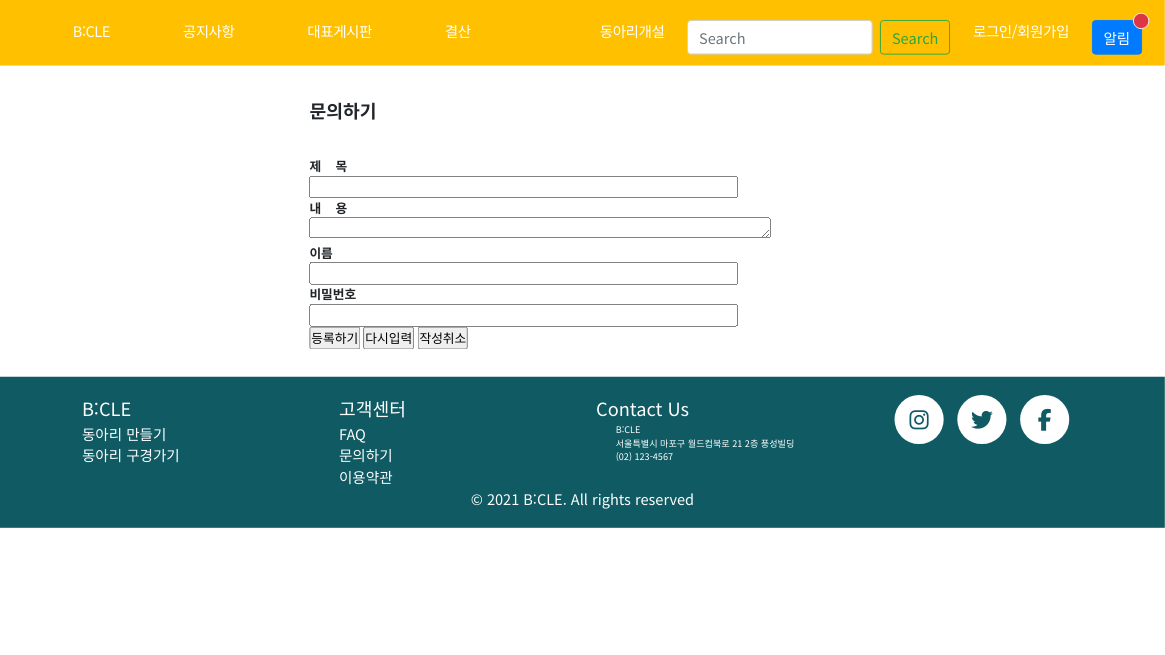
Repository: hyodii/FinalProject
Page: http://localhost/ViewPage/nonmemberQnaCreated.jsp
An editor plug-in stored every save of this project. The page is shown before and after the next save, followed by the edit.
The browser window is 1280 px wide. The pictures show the whole page, at 91% of full size.
Some web fonts or font styles are not loaded; a fallback is used. Some web libraries are served in a nearby version. The page is served by Tomcat 9.

Above is the page before, as saved 2021-12-14 11:25:07.
Console error (its wording comes from the project's code and is left out).

### ViewPage/WebContent/nonmemberQnaCreated.jsp
<%@ page contentType="text/html; charset=UTF-8"%>
<%@ taglib prefix="c" uri="http://java.sun.com/jsp/jstl/core"%>
<%
   request.setCharacterEncoding("UTF-8");
   String cp = request.getContextPath();
%>
<!DOCTYPE html>
<html>
<head>
<meta charset="UTF-8">
<title>nonmemberQnaCreated.jsp</title>

<!-- 모달을 위한 링크 -->
<link rel="stylesheet" href="css/font-awesome.min.css">
<!-- Bootstrap CSS -->
<link
   href="https://cdn.jsdelivr.net/npm/bootstrap@5.1.3/dist/css/bootstrap.min.css"
   rel="stylesheet"
   integrity="sha384-1BmE4kWBq78iYhFldvKuhfTAU6auU8tT94WrHftjDbrCEXSU1oBoqyl2QvZ6jIW3"
   crossorigin="anonymous">


<style type="text/css">
/*reset*/
* {margin: 0;padding: 0;}
body {margin: 0;}
h1, h2, h3, h4, h5, h6, p, ul, ol, li, dl, dt, dd {margin: 0; padding: 0;}
h1, h2, h3, h4, h5, h6 {font-weight: 700; }
a {color: inherit; text-decoration: inherit;}
img {vertical-align: middle;}
a img {border: none;}
li {list-style: none;}
address, em, i, ul {font-style: normal;}

/*layout*/
.mo {display: none;}
.en {font-family: 'Exo 2', sans-serif;}
body {font-family: 'Noto Sans KR', sans-serif; font-size: 14px;}
.wrap {margin: 0 auto; }


/* 아티클 CSS */
#bbs
{
	width:600px;
	margin:30px auto;
	text-align:left;
}

#bbs_title
{
	width:574px;
	/* padding-left:20px; */
	height:40px;
	/* border:3px solid #D6D4A6; */
	text-align:left;
	font-weight: bold;
	line-height:40px;
	font-size:15pt;
	margin-bottom:30px;
}

#bbsArticle
{
	width:600px;
	overflow: visible;
	border-top:3px solid #E6D4A6;
	border-bottom:3px solid #E6D4A6;
	text-align:left;
}

#bbsArticle_header
{
	height:35px;
	line-height:35px;
	border-bottom:2px solid #DBDBDB;
	text-align:center;
}
#bbsArticle dl
{
	margin: 0px;
}
#bbsArticle dt
{
	float:left;
	height:35px;
	width:60px;
	line-height:35px;
	text-align:center;
	background-color:#EEEEEE;
}

#bbsArticle dd
{
	float:left;
	height:35px;
	width:150px;
	line-height:35px;
	text-align:left;
	padding-left:10px;
}

.bbsArticle_bottomLine
{
	height:35px;
	line-height:35px;
	border-bottom:1px solid #DBDBDB;
	clear:both;
	text-align:left;
}

.bbsArticle_noLine
{
	height:35px;
	line-height:35px;
	clear:both;
	text-align:left;
}

#bbsArticle_content
{
    overflow: visible;
    border-bottom:1px solid #DBDBDB;
    text-align:left;
    min-height:250px;
    padding: 20px 60px 20px 60px;
    word-break:break-all;
}

#bbsArticle_footer
{
	clear:both;
	height:32px;
	line-height:32px;
	margin-bottom:20px;
}

#bbsArticle_footer #leftFooter
{
	float:left;
	width:300px;
	text-align:left;
}

#bbsArticle_footer #rightFooter
{
	float:right;
	width:300px;
	text-align:right;
}

.btnimg
{
	text-align: right;
}

/* 모달 css */
@import
   url('https://fonts.googleapis.com/css?family=Exo+2|Noto+Sans+KR&display=swap')
   ;

.row p {
   font-size: 10px;
   margin-left: 3vh;
}

.row {
   margin-left: 10%;
   margin-top: 10%;
}

.modal-footer {
   display: flex;
   flex-wrap: wrap;
   flex-shrink: 0;
   align-items: center;
   justify-content: center;
   padding: .75rem;
   border-top: 0px solid #dee2e6;
   border-bottom-right-radius: calc(.3rem - 1px);
   border-bottom-left-radius: calc(.3rem - 1px);
   padding: .75rem;
}

.btn-secondary {
   color: #fff;
   background-color: #6c757d;
   border-color: #6c757d;
   margin-right: 7vh;
}


</style>

</head>
<body>
<!--
	nonmemberQnaCreated.jsp
	- 고객센터 - 비회원 문의 게시물 작성
-->
<div>
	<!-- 네브 영역 -->
	<div>
		<c:import url="nav.jsp"></c:import>
	</div>

	<!-- 아티클 영역  -->
	<div id="bbs">

	   <div id="bbs_title">
	      문의하기
	   </div>

	   <form action="" method="post" name="myForm">
	      <div id="bbsCreated">
	         <div class="bbsCreated_bottomLine">
	            <dl>
	               <dt>제&nbsp;&nbsp;&nbsp;&nbsp;목</dt>
	               <dd>
	                  <input type="text" name="subject" size="60"
	                  maxlength="100" class="boxTF"/>
	               </dd>
	            </dl>
	         </div><!-- close .bbsCreated_bottomLine -->

	         <div id="bbsCreated_content">
	            <dl>
	               <dt>내&nbsp;&nbsp;&nbsp;&nbsp;용</dt>
	               <dd>
	                  <textarea rows="1" cols="63" name="content"
	                        class="boxTA"></textarea>
	               </dd>
	            </dl>

	            <div class="bbsCreated_bottomLine">
		            <dl>
		               <dt>이름</dt>
		               <dd>
		                  <input type="text" name="subject" size="60"
		                  maxlength="100" class="boxTF"/>
		               </dd>
		            </dl>
		            <dl>
		               <dt>비밀번호</dt>
		               <dd>
		                  <input type="text" name="subject" size="60"
		                  maxlength="100" class="boxTF"/>
		               </dd>
		            </dl>
		         </div><!-- close .bbsCreated_bottomLine -->
	         </div><!-- close .bbsCreated_content -->


	         <div id="bbsCreated_footer">
	            <input type="button" value="등록하기" class="btn2"
	            onclick="sendIt()"/>
	            <input type="reset" value="다시입력" class="btn2"
	            onclick="document.myForm.subject.focus();"/>
	            <input type="button" value="작성취소" class="btn2"
	            onclick="javascript:location.href='<%=cp%>/nonmemberQnaList.jsp.jsp'"/>
	         </div><!-- close .bbsCreated_footer -->

	      </div><!-- close .bbsCreated -->

	   </form>

	</div><!-- close #bbs -->

	<!-- 푸터 영역 -->
	<div>
		<c:import url="footer.jsp"></c:import>
	</div>
</div>
</body>
</html>

### ViewPage/WebContent/nav.jsp
<%@ page contentType="text/html; charset=UTF-8"%>
<%@ taglib prefix="c" uri="http://java.sun.com/jsp/jstl/core"%>
<%
	request.setCharacterEncoding("UTF-8");
String cp = request.getContextPath();
%>
<!DOCTYPE html>
<html lang="ko">
<head>
<meta charset="UTF-8">
<meta name="viewport" content="width=device-width, initial-scale=1">
<title>B:CLE</title>
<!-- <link rel="stylesheet" href="css/main.css"> -->
<link rel="stylesheet" href="css/font-awesome.min.css">
<link
	href="https://cdn.jsdelivr.net/npm/bootstrap@5.1.3/dist/css/bootstrap.min.css"
	rel="stylesheet"
	integrity="sha384-1BmE4kWBq78iYhFldvKuhfTAU6auU8tT94WrHftjDbrCEXSU1oBoqyl2QvZ6jIW3"
	crossorigin="anonymous">

<style>
@import
	url('https://fonts.googleapis.com/css?family=Exo+2|Noto+Sans+KR&display=swap')
	;
/*reset*/
* {
	margin: 0;
	padding: 0;
}
body {
	margin: 0;
}
h1, h2, h3, h4, h5, h6, p, ul, ol, li, dl, dt, dd {
	margin: 0;
	padding: 0;
}
h1, h2, h3, h4, h5, h6 {
	font-weight: 700;
	font-size: inherit;
}
a {
	color: inherit;
	text-decoration: inherit;
}
img {
	vertical-align: middle;
}
a img {
	border: none;
}
li {
	list-style: none;
}
address, em, i, ul {
	font-style: normal;
}
.mo {
	display: none;
}
body {
	font-family: 'Noto Sans KR', sans-serif;
	font-size: 14px;
}
header {
	font-family: 'Noto Sans KR', sans-serif;
	letter-spacing: -0.5px;
	background: rgb(255, 192, 0);
	color: white;
	height: 10vh;
	width: 100%;
	position: relative;
	margin-top: -20px;
}
.mainHeader {
	width: 100%;
	margin-top: 20px;
	box-sizing: border-box;
	vertical-align: center;
}
.mainHeader .gnbMo {
	display: none;
}
.mainHeader .gnb {
	float: left;
	margin-left: 80px;
	margin-top: 3vh;
}
.mainHeader .gnb li {
	float: left;
	margin-right: 80px;
}
.mainHeader .gnb li a {
	display: block;
	width: 100%;
	height: 100%;
	text-align: center;
	color: #fff;
	font-size: 16px;
	text-decoration-line: none;
}
.mainHeader .gnb li a:hover, .mainHeader .gnb li a:focus {
	color: #ff8342;
}
.mainHeader .tnb {
	float: right;
	margin-top: 3vh;
}
.mainHeader .tnb li {
	float: left;
	margin-right: 25px;
}
.mainHeader .tnb li a {
	display: block;
	width: 100%;
	height: 100%;
	text-align: center;
	font-size: 16px;
	color: #fff;
	text-decoration-line: none;
}
.mainHeader .tnb li:nth-child(1) a i, .mainHeader .tnb li:nth-child(2) a i
	{
	font-size: 20px;
	margin-right: 8px;
}
.mainHeader .tnb li:last-child a {
	display: block;
	width: 105px;
	line-height: 2;
	border: 1px solid #fff;
	border-radius: 30px;
	margin-top: 35px;
}
.mainHeader .tnb li:last-child a i {
	margin-left: 5px;
}
.mainHeader .tnb li:last-child a:hover {
	background: #fff;
	color: #ff8342;
	transition: all 0.3s;
}
.btn-primary {
    color: #fff;
    background-color: #105b63;
    border-color: #105b63;
}
</style>


</head>
<body>
	<!--header-->
	<header>
		<div class="mainHeader">
			<nav class="gnb">
				<ul>
					<li><a href="#">B:CLE</a></li>
					<li><a href="#">공지사항</a></li>
					<li><a href="#">대표게시판</a></li>
					<li><a href="#">결산</a></li>
				</ul>
			</nav>
			<nav class="tnb">
				<ul>

					<li><a href="#">동아리개설</a></li>

					<li>
						<form class="d-flex">
							<input class="form-control me-2" type="search"
								placeholder="Search" aria-label="Search">
							<button class="btn btn-outline-success" type="submit">Search</button>
						</form>
					</li>




					<li><a href="#"></i>로그인/회원가입</a></li>
					<li><button type="button"
							class="btn btn-primary position-relative">
							알림 <span
								class="position-absolute top-0 start-100 translate-middle p-2 bg-danger border border-light rounded-circle">
								<span class="visually-hidden">New alerts</span>
							</span>
						</button></li>
				</ul>
			</nav>
			<nav class="gnbMo">
				<a href="#"><i class="fa fa-bars" aria-hidden="true"></i></a>
			</nav>
		</div>
	</header>
</body>
</html>

<!-- 검색부분에 쓸 부트스트랩 -->
<!--       <form class="d-flex">
        <input class="form-control me-2" type="search" placeholder="Search" aria-label="Search">
        <button class="btn btn-outline-success" type="submit">Search</button>
      </form> -->

### ViewPage/WebContent/footer.jsp
<%@ page contentType="text/html; charset=UTF-8"%>
<%@ taglib prefix="c" uri="http://java.sun.com/jsp/jstl/core"%>
<%
	request.setCharacterEncoding("UTF-8");
	String cp = request.getContextPath();
%>
<!DOCTYPE html>
<html>
<head>
<meta charset="utf-8">
<title>B:CLE Footer(예비용)</title>

<link
	href="https://cdn.jsdelivr.net/npm/bootstrap@4.4.1/dist/css/bootstrap.min.css"
	rel="stylesheet">
<script
	src="https://cdn.jsdelivr.net/npm/bootstrap@4.4.1/dist/js/bootstrap.bundle.min.js"></script>
<link rel="preconnect" href="https://fonts.googleapis.com">
<link rel="preconnect" href="https://fonts.gstatic.com">
<link
	href="https://fonts.googleapis.com/css2?family=Noto+Sans+KR:wght@400;700&display=swap"
	rel="stylesheet">
<script src="https://kit.fontawesome.com/dab690a483.js" crossorigin="anonymous"></script>
<style type="text/css">

/*reset*/
* {margin: 0;padding: 0;}
body {margin: 0;}
h1, h2, h3, h4, h5, h6, p, ul, ol, li, dl, dt, dd {margin: 0; padding: 0;}
h1, h2, h3, h4, h5, h6 {font-weight: 700; }
a {color: inherit; text-decoration: inherit;}
img {vertical-align: middle;}
a img {border: none;}
li {list-style: none;}
address, em, i, ul {font-style: normal;}

/*layout*/
.mo {display: none;}
.en {font-family: 'Exo 2', sans-serif;}
body {font-family: 'Noto Sans KR', sans-serif; font-size: 14px;}
.wrap {margin: 0 auto; }

#footer-wrapper
{
	background-color: #105B63;
	font-family: 'Noto Sans KR', sans-serif;
	font-size: 12pt;
	/* position:fixed; */
}
.title
{
	font-family: 'Noto Sans KR', sans-serif;
	font-size: 15pt;
	color: white;
}

.container
{
	padding: 20px;
}

ul
{
   list-style:none;
   padding-left:0px;
}
a.menuitem
{
	text-decoration: none;
	text-align: center;
	color: white;
}
a.menuitem
{
	text-decoration: none;
	text-align: center;
	color: white;
}
a.menuitem:hover
{
	color: #FFD34E;
}

p.menuitem
{
	color: white;
}
.second-box
{
  display: flex;
  justify-content: flex-end;
}

.icon
{
  /* width: 40%; */
  display: flex;
  justify-content: flex-end;
  color: #105B63;
}

.icon-box
{
  width: 54px;
  height: 54px;
  background-color: white;
  border-radius: 50%;
  margin-right: 15px;
  display: flex;
  justify-content: center;
  align-items: center;
}

.icon
{
  font-size: 24px;
}
.icon:hover {
  color: #FFD34E;
}

ul.menu
{
	color: white;
}

</style>

</head>
<body>

<!-- Footer -->
<div id="footer-wrapper">
	<footer id="footer" class="container">
		<div class="row">
			<div class="col-3 col-6-medium col-12-small">

				<!-- Links -->
					<section class="widget links">
						<div class="title">B:CLE</div>
						<ul class="style2">
							<li><a href="#" class="menuitem">동아리 만들기</a></li>
							<li><a href="mainhome.action" class="menuitem">동아리 구경가기</a></li>
							<!-- <li><a href="#">Felis varius pellentesque potenti</a></li>
							<li><a href="#">Nullam scelerisque blandit leo</a></li> -->
						</ul>
					</section>

			</div>
			<div class="col-3 col-6-medium col-12-small">

				<!-- Links -->
					<section class="widget links">
						<div class="title">고객센터</div>
						<ul class="style2">
							<li><a href="#" class="menuitem">FAQ</a></li>
							<li><a href="#" class="menuitem">문의하기</a></li>
							<li><a href="#" class="menuitem">이용약관</a></li>
							<!-- <li><a href="#">Felis varius pellentesque potenti</a></li>
							<li><a href="#">Nullam scelerisque blandit leo</a></li> -->
						</ul>
					</section>

			</div>

			<div class="col-3 col-6-medium col-12-small">

				<!-- Contact -->
					<section class="widget contact last">
						<div class="title">Contact Us</div>

						<p class="menuitem">B:CLE<br />
						서울특별시 마포구 월드컵북로 21 2층 풍성빌딩<br />
						(02) 123-4567</p>
					</section>

			</div>

			<div class="col-3 col-6-medium col-12-small">

				<!-- 아이콘 -->
				<!-- <section class="widget contact last icon"> -->
					<div class="second-box">
			              <div class="icon-box">
			                  <i class="fab fa-instagram icon"></i>
			              </div>
			              <div class="icon-box">
			                  <i class="fab fa-twitter icon"></i>
			              </div>
			              <div class="icon-box">
			                  <i class="fab fa-facebook-f icon"></i>
			              </div>
					</div>
				<!-- </section> -->

			</div>

		</div>

		<div class="row">
			<div class="col-12">
				<div id="copyright">
					<ul class="menu" style="text-align: center;">
						<li>&copy; 2021 B:CLE. All rights reserved</li>
					</ul>
				</div>
			</div>
		</div>
	</footer>
</div>

</body>
</html>

### ViewPage/WebContent/comment.jsp
<%@ page contentType="text/html; charset=UTF-8"%>
<%@ taglib prefix="c" uri="http://java.sun.com/jsp/jstl/core"%>
<%
   request.setCharacterEncoding("UTF-8");
   String cp = request.getContextPath();
%>
<!doctype html>
<html>
<head>
  <title>WEB1 - HTML</title>
  <meta charset="utf-8">
</head>
<body>
<!--
    <div id="disqus_thread"></div>

<script>

/**
*  RECOMMENDED CONFIGURATION VARIABLES: EDIT AND UNCOMMENT THE SECTION BELOW TO INSERT DYNAMIC VALUES FROM YOUR PLATFORM OR CMS.
*  LEARN WHY DEFINING THESE VARIABLES IS IMPORTANT: https://disqus.com/admin/universalcode/#configuration-variables*/
/*
var disqus_config = function () {
this.page.url = PAGE_URL;  // Replace PAGE_URL with your page's canonical URL variable
this.page.identifier = PAGE_IDENTIFIER; // Replace PAGE_IDENTIFIER with your page's unique identifier variable
};
*/
(function() { // DON'T EDIT BELOW THIS LINE
var d = document, s = d.createElement('script');
s.src = 'https://web1-2.disqus.com/embed.js';
s.setAttribute('data-timestamp', +new Date());
(d.head || d.body).appendChild(s);
})();
</script>
<noscript>Please enable JavaScript to view the <a href="https://disqus.com/?ref_noscript">comments powered by Disqus.</a></noscript>

 -->

 <!--
 comment.jsp
	댓글
	https://all-record.tistory.com/143 나중에 참고하기
-->

 <div id="comment">
		<div>
			댓글 2개
		</div>
		<div>
			닉네임
			조회10
			2021.11.20 22:02
			댓글 0
		</div>
		<div style="display: inline-block;">
		   <input type="text" style="width:600px; height:100px;" placeholder="내용">
		</div>
		<div><a href="#">답글달기</a></div>
	</div>

	<div>
		<div>댓글작성</div>
		<div>
			닉네임
		</div>

		<div style="display: inline-block;">
		   <input type="text" style="width:600px; height:100px;" placeholder="댓글 내용을 입력하세요.">
		</div>

		<div style="width:600px; text-align:right;">
		<button>댓글 작성</button>
		</div>
	</div>

</body>
</html>

After the next save:
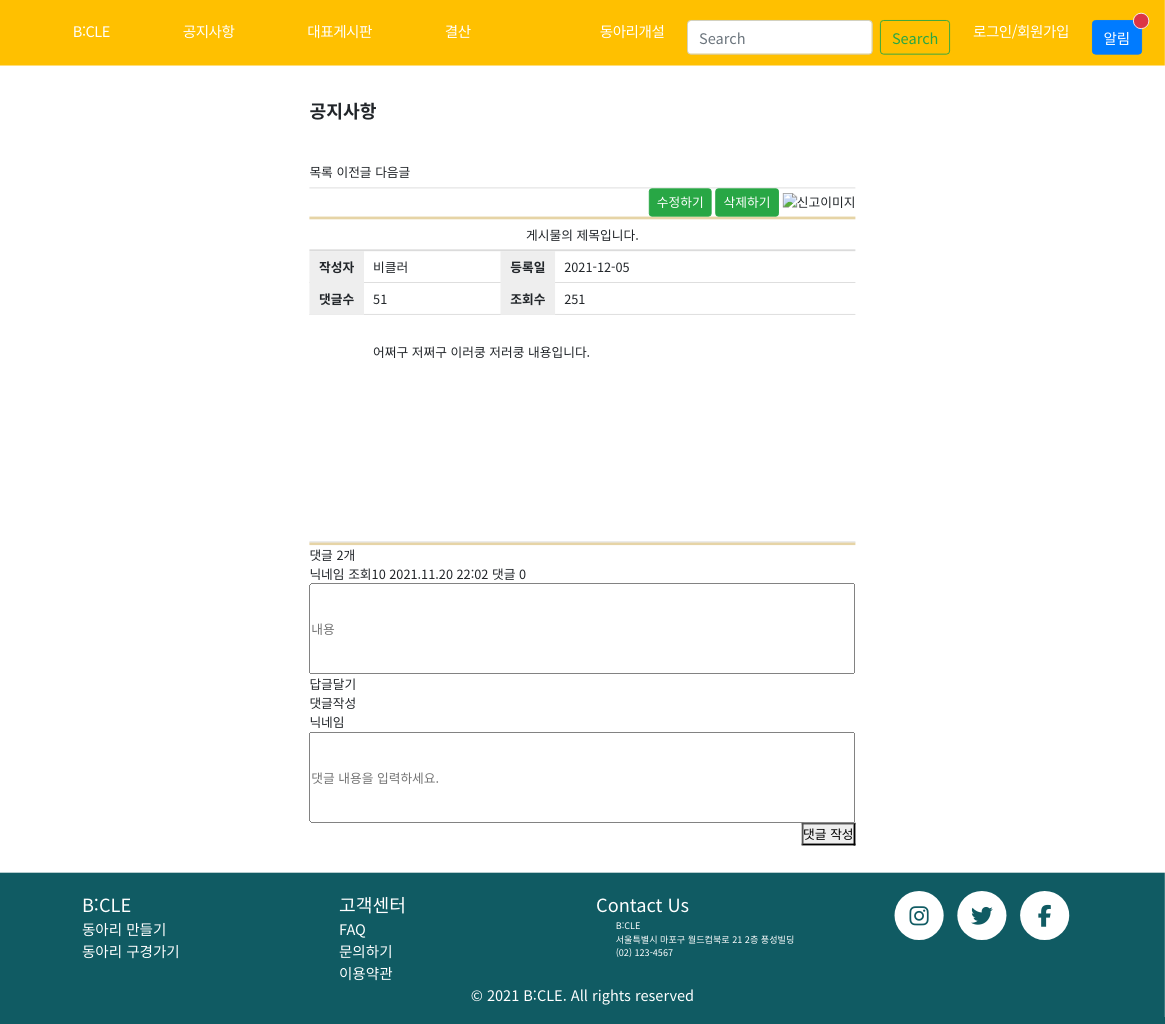
Saved 70 s later.
--- a/ViewPage/WebContent/nonmemberQnaCreated.jsp
+++ b/ViewPage/WebContent/nonmemberQnaCreated.jsp
@@ -207,60 +207,93 @@ body {font-family: 'Noto Sans KR', sans-serif; font-size: 14px;}
 	<!-- 아티클 영역  -->
 	<div id="bbs">
 
-	   <div id="bbs_title">
-	      문의하기
-	   </div>
-
-	   <form action="" method="post" name="myForm">
-	      <div id="bbsCreated">
-	         <div class="bbsCreated_bottomLine">
-	            <dl>
-	               <dt>제&nbsp;&nbsp;&nbsp;&nbsp;목</dt>
-	               <dd>
-	                  <input type="text" name="subject" size="60"
-	                  maxlength="100" class="boxTF"/>
-	               </dd>
-	            </dl>
-	         </div><!-- close .bbsCreated_bottomLine -->
-
-	         <div id="bbsCreated_content">
-	            <dl>
-	               <dt>내&nbsp;&nbsp;&nbsp;&nbsp;용</dt>
-	               <dd>
-	                  <textarea rows="1" cols="63" name="content"
-	                        class="boxTA"></textarea>
-	               </dd>
-	            </dl>
-
-	            <div class="bbsCreated_bottomLine">
-		            <dl>
-		               <dt>이름</dt>
-		               <dd>
-		                  <input type="text" name="subject" size="60"
-		                  maxlength="100" class="boxTF"/>
-		               </dd>
-		            </dl>
-		            <dl>
-		               <dt>비밀번호</dt>
-		               <dd>
-		                  <input type="text" name="subject" size="60"
-		                  maxlength="100" class="boxTF"/>
-		               </dd>
-		            </dl>
-		         </div><!-- close .bbsCreated_bottomLine -->
-	         </div><!-- close .bbsCreated_content -->
-
-
-	         <div id="bbsCreated_footer">
-	            <input type="button" value="등록하기" class="btn2"
-	            onclick="sendIt()"/>
-	            <input type="reset" value="다시입력" class="btn2"
-	            onclick="document.myForm.subject.focus();"/>
-	            <input type="button" value="작성취소" class="btn2"
-	            onclick="javascript:location.href='<%=cp%>/nonmemberQnaList.jsp.jsp'"/>
-	         </div><!-- close .bbsCreated_footer -->
-
-	      </div><!-- close .bbsCreated -->
+	<div id="bbs_title">
+		공지사항
+	</div>
+
+	<div class="bbsArticle_bottomLine">
+		<a href="">목록</a>
+		<a href="">이전글</a>
+		<a href="">다음글</a>
+	</div>
+
+	<!-- 동아리원일 때 아닐때 나눠서 버튼 작동하게 해야함!! -->
+	<!-- modal button -->
+	<div class="btnimg">
+	      <a href="#" id="modal1" class="btn btn-success btn-sm"
+	         data-bs-toggle="modal" data-bs-target="#employee_details1">수정하기</a>
+
+	      <a href="#" id="modal1" class="btn btn-success btn-sm"
+	         data-bs-toggle="modal" data-bs-target="#employee_details1">삭제하기</a>
+		<img src="" alt="신고이미지"  />
+	</div>
+
+
+   <!-- Modal -->
+   <!-- 권한 창 -->
+   <div class="modal fade" id="employee_details1" tabindex="-1"
+      aria-labelledby="employee_details1" aria-hidden="true">
+      <div class="modal-dialog">
+         <div class="modal-content">
+            <div class="modal-header">
+               <h5 class="modal-title" id="exampleModalLabel">권한이 없습니다.</h5>
+               <button type="button" class="btn-close" data-bs-dismiss="modal"
+                  aria-label="닫기"></button>
+            </div>
+         </div>
+      </div>
+   </div><!-- close Modal  -->
+
+
+	<form>
+		<div id="bbsArticle">
+
+			<div id="bbsArticle_header">
+				게시물의 제목입니다.
+			</div>
+
+			<div class="bbsArticle_bottomLine">
+				<dl>
+					<dt>작성자</dt>
+					<dd>비클러</dd>
+
+					<dt>등록일</dt>
+					<dd>2021-12-05</dd>
+				</dl>
+			</div>
+
+			<div class="bbsArticle_bottomLine">
+				<dl>
+					<dt>댓글수</dt>
+					<dd>51</dd>
+				</dl>
+				<dl>
+					<dt>조회수</dt>
+					<dd>251</dd>
+				</dl>
+			</div>
+
+			<div id="bbsArticle_content">
+				<table style="width: 600">
+					<tr>
+						<td style="padding: 10px 40px 10px 10px; vertical-align: top; height: 150">
+							어쩌구 저쩌구 이러쿵 저러쿵 내용입니다.<br>
+						</td>
+					</tr>
+				</table>
+			</div>
+
+
+
+		</div><!-- close #bbsArticle -->
+	</form><!-- close form -->
+
+
+	<c:import url="comment.jsp"></c:import>
+
+
+</div><!-- close #bbs -->
+
 
 	   </form>
 
